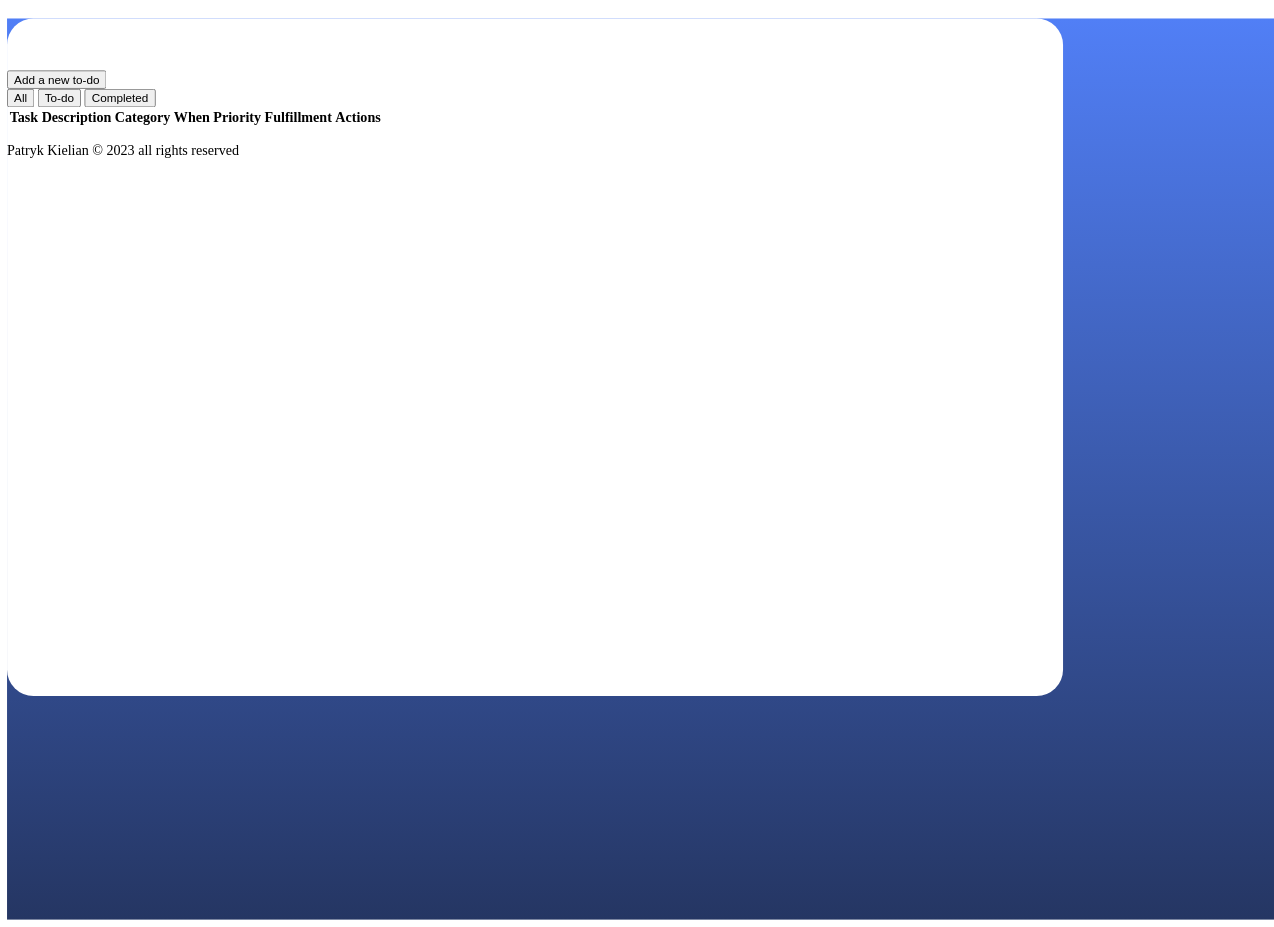
Repository: mirajane2/maquette-todo
Page: index.html
These files come from the project's save history. The page is drawn as it stood at one moment and after the next save; the edit follows.
The browser window is 1280 px wide. The page is 1448 px wide, so the pictures cover 1448 px, including what lies to the right of the window. The pictures show the whole page, at 88% of full size.

Above is the page before, as saved 2024-11-12 15:42:41.

After the next save:
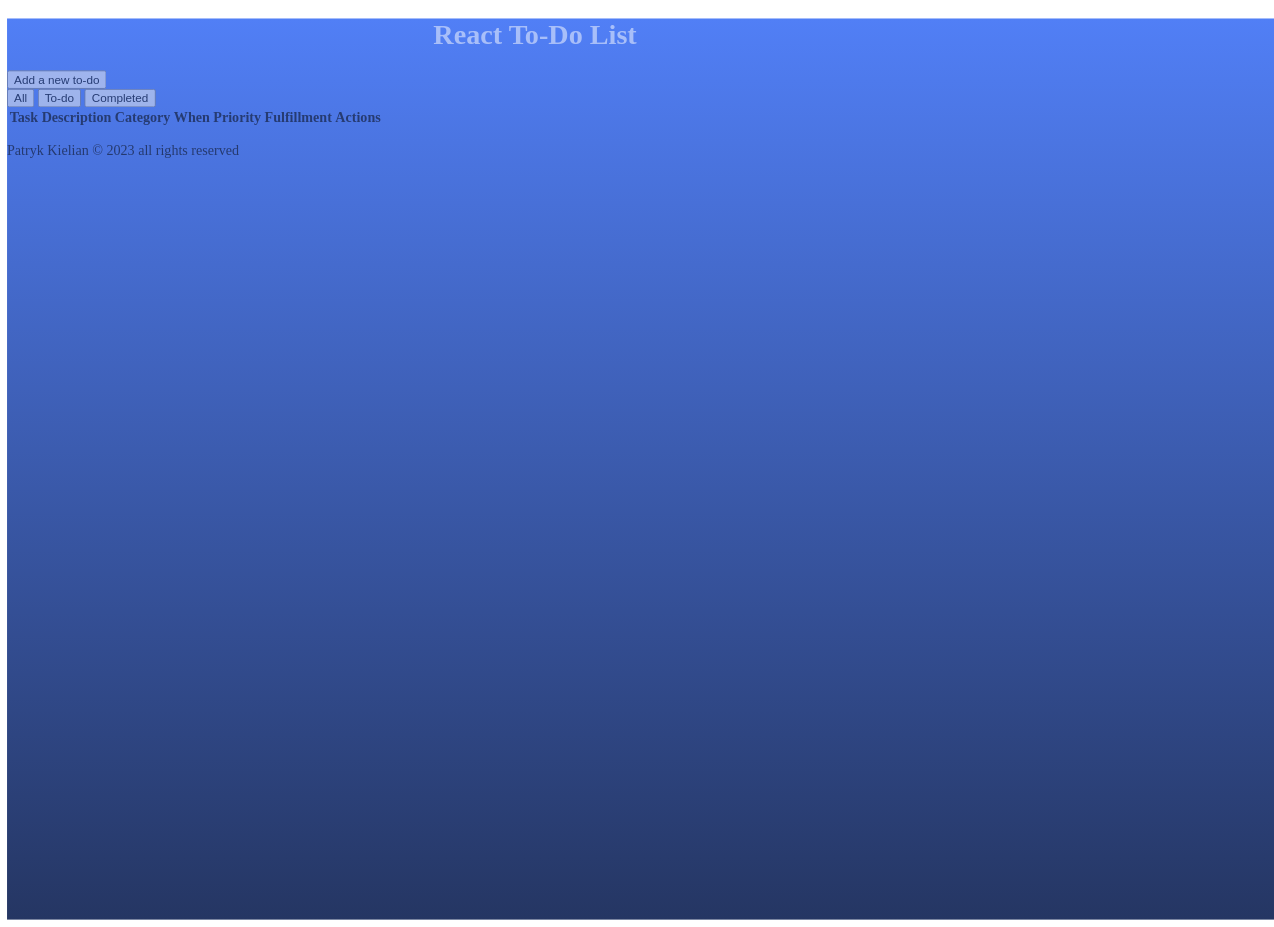
Saved 25 min 38 s later.
--- a/index.css
+++ b/index.css
@@ -6,9 +6,8 @@
 }
 
 .content{
-    background-color:#FFFFFF;
     border-radius: 30px;
-    opacity: 100%;
+    opacity: 50%;
     fill: #FFFFFF;
     width: 1200px;
     height: 770px;
